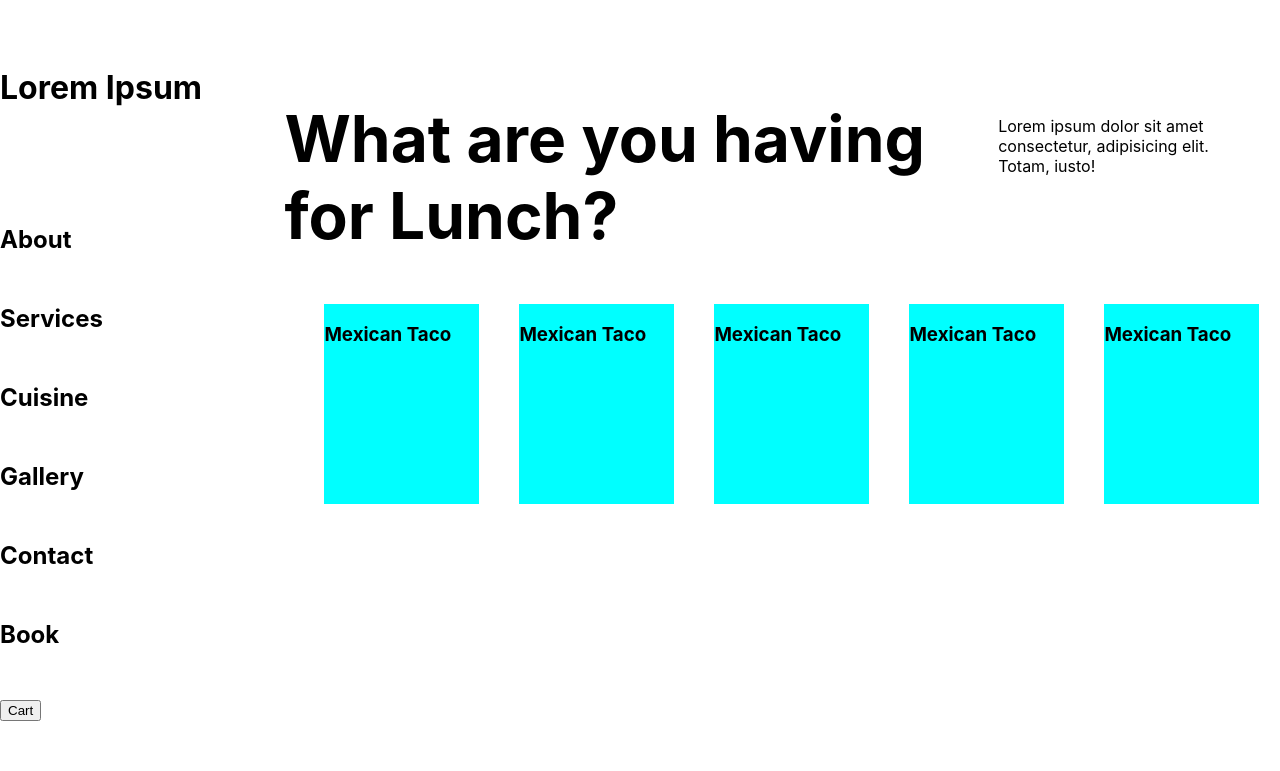
Repository: Marlstergo/assignment2
Page: /
These files come from the project's save history. The page is drawn as it stood at one moment and after the next save; the edit follows.
The browser window is 1280 px wide. The pictures show the whole page.
The project was rebuilt for these pictures with package versions that can differ from the ones it lists, and the page was loaded fresh each time.

Above is the page before, as saved 2021-07-27 02:19:25.

After the next save:
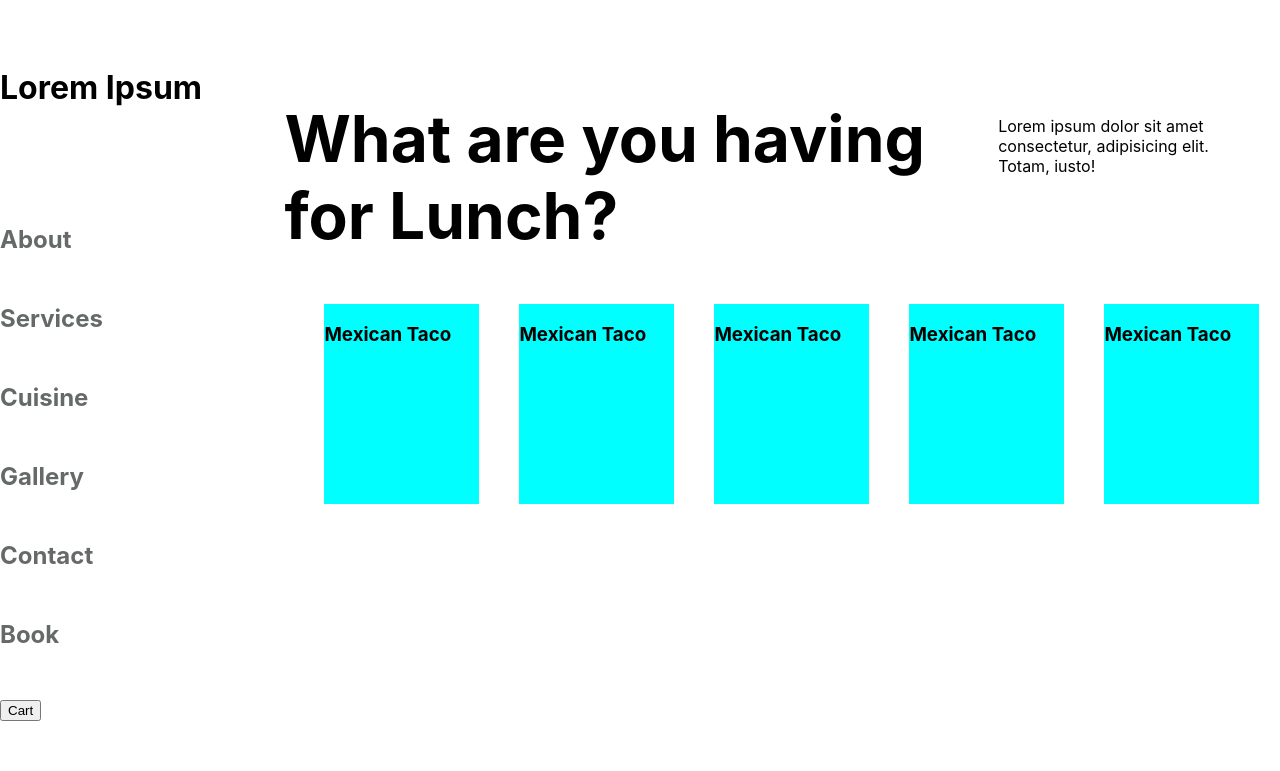
Saved 37 s later.
--- a/src/App.css
+++ b/src/App.css
@@ -63,6 +63,7 @@
 }
 
 .item{
+  color: rgb(101, 106, 104);
   margin: 50px 0px;
 }
 
